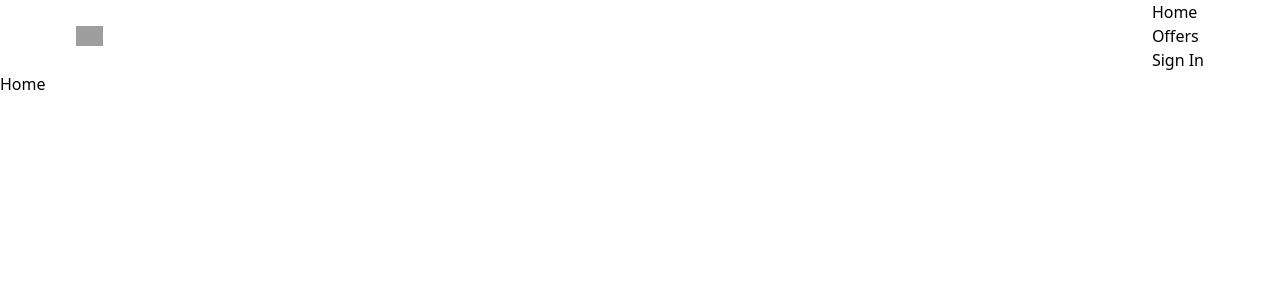
Repository: Mardoqueu/realtor-clone-react
Page: /
An editor plug-in stored every save of this project. The page is shown before and after a run of saves, followed by the edit.
The browser window is 1280 px wide. The pictures show the whole page.
Pictures or frames that could not be fetched are drawn as grey boxes. The project was rebuilt for these pictures with package versions that can differ from the ones it lists, and the page was loaded fresh each time. Also part of the build but not shown: src/pages/Profile.jsx, src/pages/SignIn.jsx, src/pages/SignUp.jsx, src/pages/ForgotPassword.jsx, src/pages/Offers.jsx.

Above is the page before, as saved 2022-10-27 08:14:13.

After the next 2 saves:
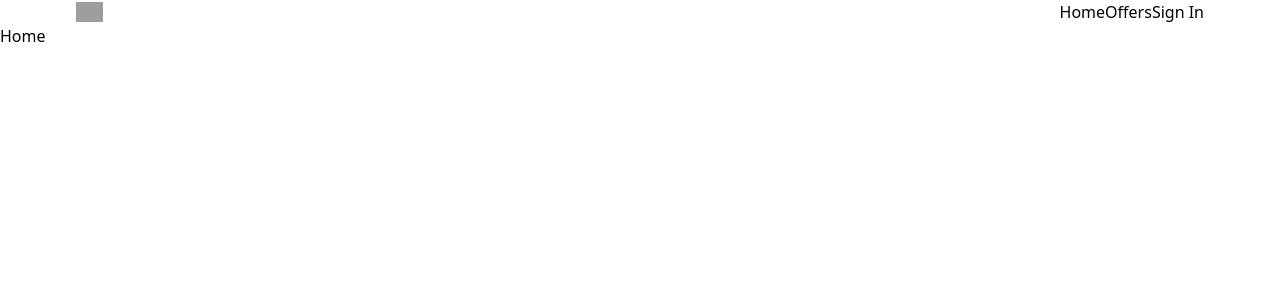
The 2 saves are shown as one change because they came seconds apart.
The last was saved 35 s later.
--- a/src/components/Header.jsx
+++ b/src/components/Header.jsx
@@ -9,7 +9,7 @@ const Header = () => {
                     className='h-5 cursor-pointer'></img>
                 </div>
                 <div>
-                    <ul>
+                    <ul className='flex'>
                         <li>Home</li>
                         <li>Offers</li>
                         <li>Sign In</li>
